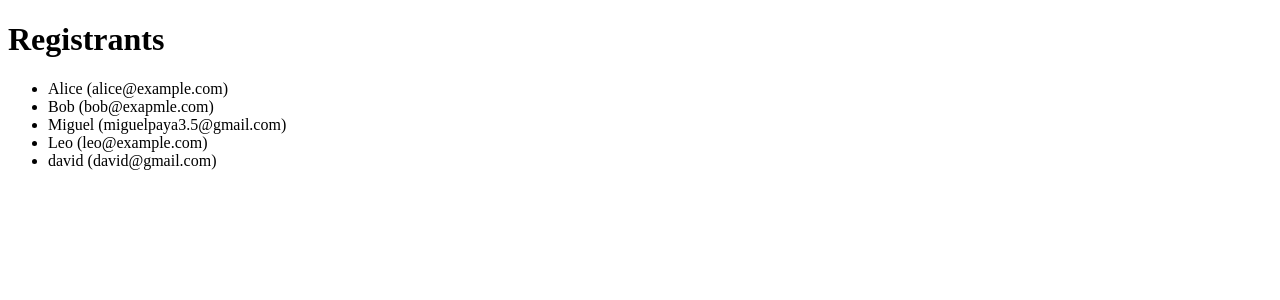
Repository: mpaya5/CS50x
Page: http://localhost/
The author's editor kept a record of every edit. The page is drawn from the files as they stood at one moment, then again after the next edit.
The browser window is 1280 px wide. The pictures show the whole page.
The page is served by the project's application, run on Flask 3 (pruebaFlask/register/application.py). The page reads the database file committed with the project.

Above is the page before.

After the next edit:
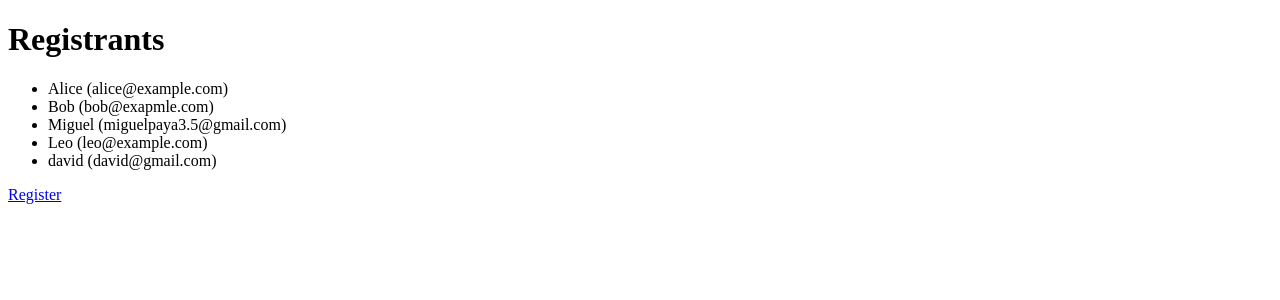
The edit:
--- a/pruebaFlask/register/templates/index.html
+++ b/pruebaFlask/register/templates/index.html
@@ -14,5 +14,7 @@
             </li>
         {% endfor %}
     </ul>
+
+    <a href="/register">Register</a>
 </body>
 </html>
